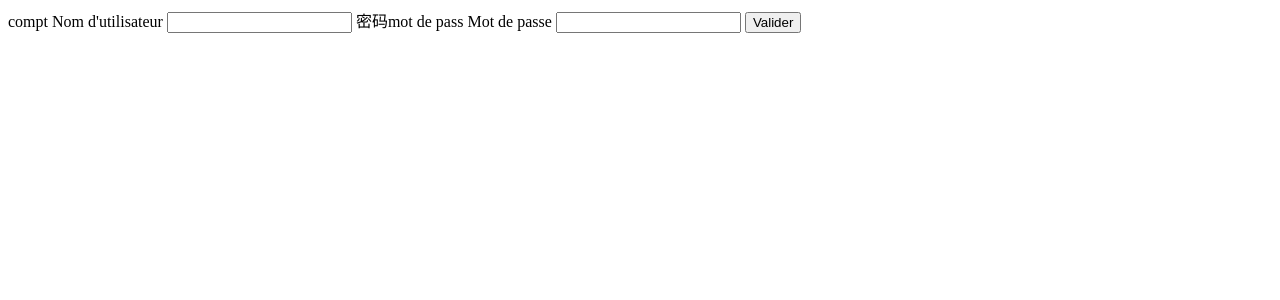
Repository: clairedupuich/serv_drone
Page: http://localhost/test.php
These files come from the project's save history. The page is drawn as it stood at one moment and after the next save; the edit follows.
The browser window is 1280 px wide. The pictures show the whole page.
The page is run by PHP 8.4 with error messages shown; the project is at /var/www/html/.

Above is the page before, as saved 2021-06-01 19:20:32.

### test.php
<!DOCTYPE html>
<html lang="en">
<head>
    <meta charset="UTF-8">
    <meta http-equiv="X-UA-Compatible" content="IE=edge">
    <meta name="viewport" content="width=device-width, initial-scale=1.0">
    <title>Document</title>
</head>
<body>
    <?php
    require_once("pdo.php");

    if(isset($_POST["submit"])) {
        if(isset($_POST["username"], $_POST["password"]) && !empty($_POST["username"])&& !empty($_POST["password"])) {
            echo "bonjour".$_POST["username"];
       } else {
           echo "entrer un nom";
       }
    }


    ?>
        <form action="#" method="POST">

                compt
                <label for="pseudo">Nom d'utilisateur</label>
                <input type="text" id ="pseudo" name="username">

                密码mot de pass
                <label for="pwd">Mot de passe</label>
                <input type="password" name="password" id="pwd">

                <button type="submit" name="submit" value="submit">Valider</button>

        </form>
    </body>
</html>

### pdo.php
<?php

class MonPdo {
    private $hosthome = 'localhost';
    private $database = 'servdrone';
    private $userName = 'claire';
    private $password = 'claire';

        private static $monPdo = null;

        public static function utiliserPdo() {
            if(is_null(self::$monPdo)){
                try {
                    $connexion = 'mysql:host='.$hosthome.';port=3308;dbname='.$database;
                    self::$monPdo = new PDO($connexion, $userName, $password, array(PDO::ATTR_ERRMODE => PDO::ERRMODE_EXCEPTION));

                } catch(PDOException $exception){
                    $errorMessage = "Erreur de connexion à la base de données".$exception->getMessage();
                    die($errorMessage);
                }
                self::$monPdo->exec("SET CHARACTER SET UTF8");

             }

            return self::$monPdo;
      }

}





 /* 环境条件condtantes d'environnement  */
/* define("DBHOST","localhost");
define("DBUSER","claire");
define("DBPASS","claire");
define("DBNAME","servdrone");

/* DNS de connexion */
// $dsn = "mysql:dbname=".DBNAME.";host=".DBHOST;

/* on va se connecter pdo */
/* try{
    //on instancie pdo
    $db = new PDO($dsn,DBUSER,DBPASS);

    echo "On est connecté";

    //on s'assure d'envoyer les données en UTF8
    $db->exec("SET NAMES utf8");
}catch(PDOException $e){
    die("Erreur : ".$e->getMessage());
}  */

//ici on est connectés à la base
//on peut récupérer la liste de utilisateur
//    $sql = "SELECT * FROM 'users'";
//on exécute directement la requete


?>

After the next save:
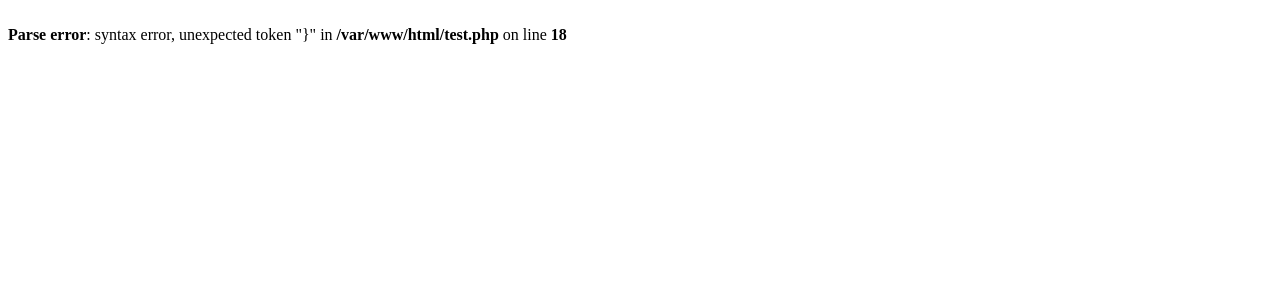
Saved 2 min 9 s later.
--- a/test.php
+++ b/test.php
@@ -13,6 +13,8 @@
     if(isset($_POST["submit"])) {
         if(isset($_POST["username"], $_POST["password"]) && !empty($_POST["username"])&& !empty($_POST["password"])) {
             echo "bonjour".$_POST["username"];
+            $pdo = MonPdo::utiliserPdo();
+            $sql = "INSERT INTO `users` ("
        } else {
            echo "entrer un nom";
        }

After the save that followed:
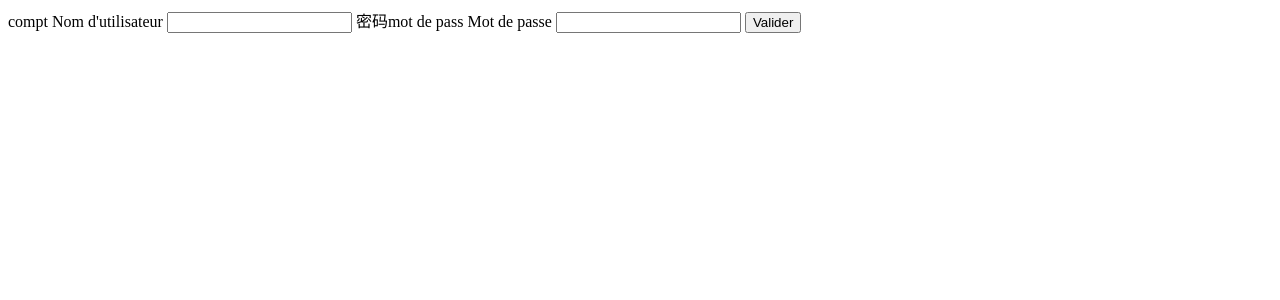
Saved 3 min 48 s later.
--- a/test.php
+++ b/test.php
@@ -13,8 +13,10 @@
     if(isset($_POST["submit"])) {
         if(isset($_POST["username"], $_POST["password"]) && !empty($_POST["username"])&& !empty($_POST["password"])) {
             echo "bonjour".$_POST["username"];
+            $firstname = $_POST["username"];
+            $password = $_POST["password"];
             $pdo = MonPdo::utiliserPdo();
-            $sql = "INSERT INTO `users` ("
+            $sql = "INSERT INTO `users` (`firstName`, `password`) VALUES ('".$firstname."', '".$password."'";
        } else {
            echo "entrer un nom";
        }
